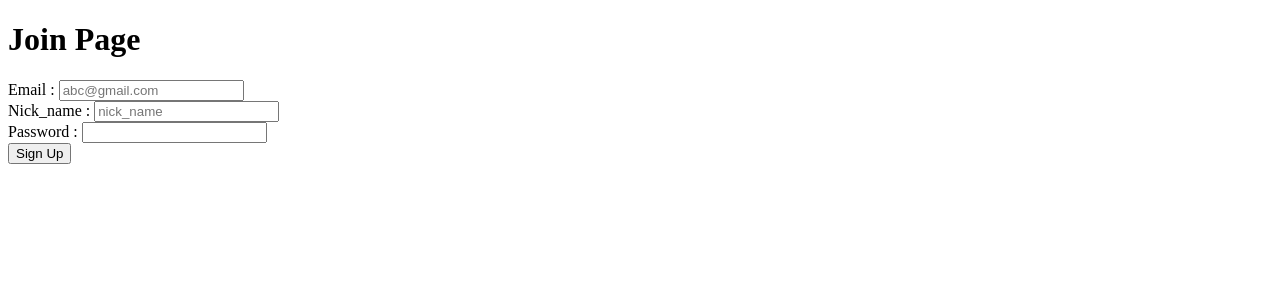
Repository: kurunai/jsp3
Page: http://localhost/jsp_project2/mem/join
These files come from the project's save history. The page is drawn as it stood at one moment and after the next save; the edit follows.
The browser window is 1280 px wide. The pictures show the whole page.
The page is served by Tomcat 9. Other server files are loaded and not shown.

Above is the page before, as saved 2022-08-29 06:40:54.

### _jsp3_workspace/jsp_project2/src/main/webapp/member/join.jsp
<%@ page language="java" contentType="text/html; charset=UTF-8"
    pageEncoding="UTF-8"%>
<%@ taglib uri="http://java.sun.com/jsp/jstl/core" prefix="c"%>
<!DOCTYPE html>
<html>
<head>
<meta charset="UTF-8">
<title>Insert title here</title>
</head>
<body>
	<h1>Join Page</h1>
	<form action="/mem/register" method="post">
		Email : <input type="email" name="email" placeholder="abc@gmail.com"><br>
		Nick_name : <input type="text" name="nick_name" placeholder="nick_name"><br>
		Password : <input type="password" name="pwd"><br>
		<button type="submit">Sign Up</button>
	</form>
</body>
</html>

### _jsp3_workspace/jsp_project2/src/main/java/controller/MemberController.java
package controller;

import java.io.IOException;

import javax.servlet.RequestDispatcher;
import javax.servlet.ServletException;
import javax.servlet.annotation.WebServlet;
import javax.servlet.http.HttpServlet;
import javax.servlet.http.HttpServletRequest;
import javax.servlet.http.HttpServletResponse;
import javax.servlet.http.HttpSession;

import org.slf4j.Logger;
import org.slf4j.LoggerFactory;

import domain.MemberVO;
import service.MemberService;
import service.MemberServiceImpl;


@WebServlet("/mem/*")
public class MemberController extends HttpServlet {
	private static final long serialVersionUID = 1L;
	private static final Logger log = LoggerFactory.getLogger(MemberController.class);
	private RequestDispatcher rdp; // 응답에 대한 요청과 응답을 주고 받는 값.
	private MemberService msv;
	private String destPage; //목적지 페이지
	private int isUp; //완료된 요청에 대한 값.


    public MemberController() {
        msv = new MemberServiceImpl(); //구현 클래스
    }

	protected void service(HttpServletRequest req, HttpServletResponse res) throws ServletException, IOException {
		req.setCharacterEncoding("utf-8");
		res.setCharacterEncoding("utf-8");
		res.setContentType("text/html; charset=utf-8");

		String uri = req.getRequestURI(); // /mem/list 식으로 표현
		String path = uri.substring(uri.lastIndexOf("/")+1);	// /list   +1(다음값) 해주면 / 제외하고
		log.info(">>> URI : " + uri);
		log.info(">>> path : " + path); //check 값이 잘 나오는지 체크

		switch(path) {
		case "login":	// login page open
			destPage = "/member/login.jsp";
			break;

		case "login_auth":	//login작업이 일어나는 위치
			MemberVO mvo = msv.login(new MemberVO(
					req.getParameter("email"),
					req.getParameter("pwd")));
			if(mvo != null) {
				//세션을 가져오기
				//연결된 세션이 없다면 새로 생성
				HttpSession ses = req.getSession();
				//ses로 mvo를 바인딩 한다.
				ses.setAttribute("ses", mvo);
				ses.setMaxInactiveInterval(600);	// 초단위 60*10 = 10분
			}else {
				req.setAttribute("msg_login", 0);	//false란 의미의 0
			}
			destPage = "/"; 	//index페이지
			break;

		case "logout":
			//연결된 세션이 있다면 해당 세션 가져오기
			HttpSession ses = req.getSession();
			ses.invalidate();	//접속 끊기
			//로그인 정보 email 값을 가져와서 로그인 시간 update
			isUp = msv.lastLogin(req.getParameter("email"));
			log.info(">>> logout : " + (isUp > 0 ? "ok" : "fai;"));
			destPage = "/";
			break;

		case "join":	//회원가입 page open
			destPage = "/member/join.jsp";
			break;

		case "register":	//회원가입이 일어나는 위치
			isUp = msv.register(new MemberVO(
					req.getParameter("email"),
					req.getParameter("pwd"),
					req.getParameter("nick_name")));
			log.info(">>> join > " + (isUp > 0 ? "ok" : "fail"));
			destPage = "login";	//index로 가고 싶다면 "/"
			break;

		case "list":	//전체 리스트 검색
			req.setAttribute("list", msv.getList());
			destPage = "/member/list.jsp";
			break;

		case "modify":	//번호를 주고 해당 번호의 값 1개를 검색해서 open 파일에 전달
			req.setAttribute("mvo", msv.getDetail(req.getParameter("email")));
			destPage = "/member/modify.jsp";
			break;

		case "update":	//실제 수정이 일어나는 위치
			isUp = msv.modify(new MemberVO(
					req.getParameter("email"),
					req.getParameter("pwd"),
					req.getParameter("nick_name")));
			log.info(">>> Update > " + (isUp > 0 ? "ok" : "fail"));
			destPage = "list";
			break;

		case "remove":	//실제 삭제가 일어나는 위치
			isUp = msv.remove(req.getParameter("email"));
			log.info(">>> remove > " + (isUp > 0 ? "ok" : "fail"));
			destPage = "list";
			break;

		}

		rdp = req.getRequestDispatcher(destPage);
		rdp.forward(req, res);
	}

	protected void doGet(HttpServletRequest request, HttpServletResponse response) throws ServletException, IOException {
		service(request, response);
	}


	protected void doPost(HttpServletRequest request, HttpServletResponse response) throws ServletException, IOException {
		service(request, response);
	}

}

### _jsp3_workspace/jsp_project2/src/main/java/service/MemberServiceImpl.java
package service;

import java.util.List;

import org.slf4j.Logger;
import org.slf4j.LoggerFactory;

import domain.MemberVO;
import repository.MemberDAO;
import repository.MemberDAOImpl;

public class MemberServiceImpl implements MemberService {
	private static Logger log = LoggerFactory.getLogger(MemberServiceImpl.class);
	private MemberDAO mdao;

	public MemberServiceImpl() {
		mdao = new MemberDAOImpl();
	}

	@Override
	public int register(MemberVO mvo) {
		//DAO에게 요청
		log.info(">>> register > {service}");
		return mdao.insert(mvo);
	}

	@Override
	public MemberVO login(MemberVO mvo) {
		log.info(">>> login > {service}");
		return mdao.selectOne(mvo);
	}

	@Override
	public int lastLogin(String email) {
		log.info(">>> lastLogin > {service}");
		return mdao.updateLogin(email);
	}

	@Override
	public List<MemberVO> getList() {
		log.info(">>> list > {service}");
		return mdao.selectList();
	}

	@Override
	public MemberVO getDetail(String email) {
		log.info(">>> detail > {service}");
		return mdao.selectOne(email);
	}

	@Override
	public int modify(MemberVO mvo) {
		log.info(">>> modify > {service}");
		return mdao.update(mvo);
	}

	@Override
	public int remove(String email) {
		log.info(">>> remove > {service}");
		return mdao.delete(email);
	}

}

### _jsp3_workspace/jsp_project2/src/main/java/repository/MemberDAO.java
package repository;

import java.util.List;

import domain.MemberVO;

public interface MemberDAO {

	int insert(MemberVO mvo);

	MemberVO selectOne(MemberVO mvo);

	int updateLogin(String email);

	List<MemberVO> selectList();

	MemberVO selectOne(String email);

	int update(MemberVO mvo);

	int delete(String email);

}

### _jsp3_workspace/jsp_project2/src/main/java/repository/MemberDAOImpl.java
package repository;

import java.util.List;

import org.apache.ibatis.session.SqlSession;
import org.slf4j.Logger;
import org.slf4j.LoggerFactory;

import domain.MemberVO;
import orm.DatabaseBuilder;

public class MemberDAOImpl implements MemberDAO {
	private static Logger log = LoggerFactory.getLogger(MemberDAOImpl.class);
	//DB연결
	private SqlSession sql;
	private final String NS = "MemberMapper.";

	public MemberDAOImpl() {
		new DatabaseBuilder();
		sql = DatabaseBuilder.getFactory().openSession();
	}

	@Override
	public int insert(MemberVO mvo) {
		log.info(">>> register > {DAO}");
		int isUp = sql.insert(NS+"reg", mvo);
		if(isUp > 0) {
			sql.commit();
		}
		return isUp;
	}

	@Override
	public MemberVO selectOne(MemberVO mvo) {
		log.info(">>> login > {DAO}");
		return sql.selectOne(NS+"login", mvo);
	}

	@Override
	public int updateLogin(String email) {
		log.info(">>> lastLogin > {DAO}");
		int isUp = sql.update(NS+"last", email);
		if(isUp > 0) {
			sql.commit();
		}
		return isUp;
	}

	@Override
	public List<MemberVO> selectList() {
		log.info(">>> list > {DAO}");
		return sql.selectList(NS+"list");
	}

	@Override
	public MemberVO selectOne(String email) {
		log.info(">>> detail > {DAO}");
		return sql.selectOne(NS+"detail", email);
	}

	@Override
	public int update(MemberVO mvo) {
		log.info(">>> modify > {DAO}");
		int isUp = sql.update(NS+"mod", mvo);
		if(isUp > 0) {
			sql.commit();
		}
		return isUp;
	}

	@Override
	public int delete(String email) {
		log.info(">>> remove > {DAO}");
		int isUp = sql.delete(NS+"del", email);
		if(isUp > 0) {
			sql.commit();
		}
		return isUp;
	}

}

### _jsp3_workspace/jsp_project2/src/main/java/orm/DatabaseBuilder.java
package orm;

import java.io.IOException;

import org.apache.ibatis.io.Resources;
import org.apache.ibatis.session.SqlSessionFactory;
import org.apache.ibatis.session.SqlSessionFactoryBuilder;

public class DatabaseBuilder {
	private  static SqlSessionFactory factory;

	static {
		try {
			factory = new SqlSessionFactoryBuilder().build(Resources.
					getResourceAsReader("orm/MybatisConfig.xml"));
		} catch (IOException e) {
			//mybatis 설정 오류시
			e.printStackTrace();
		}


	}

	public static SqlSessionFactory getFactory() {
		return factory;
	}
}

### _jsp3_workspace/jsp_project2/src/main/java/domain/MemberVO.java
package domain;

public class MemberVO {
	private String email;
	private String pwd;
	private String nick_name;
	private String reg_at;
	private String last_login;

	//기본생성자
	public MemberVO() {}

	//login
	public MemberVO(String email, String pwd) {
		this.email = email;
		this.pwd = pwd;
	}
	//join, modify
	public MemberVO(String email, String pwd, String nick_name) {
		this(email, pwd);
		this.nick_name = nick_name;
	}
	//list
	public MemberVO(String email, String pwd, String nick_name, String reg_at, String last_login) {
		this(email, pwd, nick_name);
		this.reg_at = reg_at;
		this.last_login = last_login;
	}
		public String getEmail() {
		return email;
	}

	public void setEmail(String email) {
		this.email = email;
	}

	public String getPwd() {
		return pwd;
	}

	public void setPwd(String pwd) {
		this.pwd = pwd;
	}

	public String getNick_name() {
		return nick_name;
	}

	public void setNick_name(String nick_name) {
		this.nick_name = nick_name;
	}

	public String getReg_at() {
		return reg_at;
	}

	public void setReg_at(String reg_at) {
		this.reg_at = reg_at;
	}

	public String getLast_login() {
		return last_login;
	}

	public void setLast_login(String last_login) {
		this.last_login = last_login;
	}

}

### _jsp3_workspace/jsp_project2/src/main/java/domain/BoardVO.java
package domain;

public class BoardVO {
	private int bno;
	private String title;
	private String writer;
	private String content;
	private String reg_date;

	//기본생성자
	public BoardVO () {}

	//insert (title, writer, content)
	public BoardVO (String title, String writer, String content) {
		this.title = title;
		this.writer = writer;
		this.content = content;
	}

	//list(bno, title, writer, reg_date)
	public BoardVO (int bno, String title, String writer, String reg_date) {
		this.bno = bno;
		this.title = title;
		this.writer = writer;
		this.reg_date = reg_date;

	}

	//detail(all)
	public BoardVO (int bno, String title, String writer, String content, String reg_date) {
		this(bno, title, writer, reg_date);
		this.content = content;
	}

	//update(bno, title, content)
	public BoardVO (int bno, String title, String content) {
		this.bno = bno;
		this.title = title;
		this.content = content;
	}

	public int getBno() {
		return bno;
	}

	public void setBno(int bno) {
		this.bno = bno;
	}

	public String getTitle() {
		return title;
	}

	public void setTitle(String title) {
		this.title = title;
	}

	public String getWriter() {
		return writer;
	}

	public void setWriter(String writer) {
		this.writer = writer;
	}

	public String getContent() {
		return content;
	}

	public void setContent(String content) {
		this.content = content;
	}

	public String getReg_date() {
		return reg_date;
	}

	public void setReg_date(String reg_date) {
		this.reg_date = reg_date;
	}

}

After the next save:
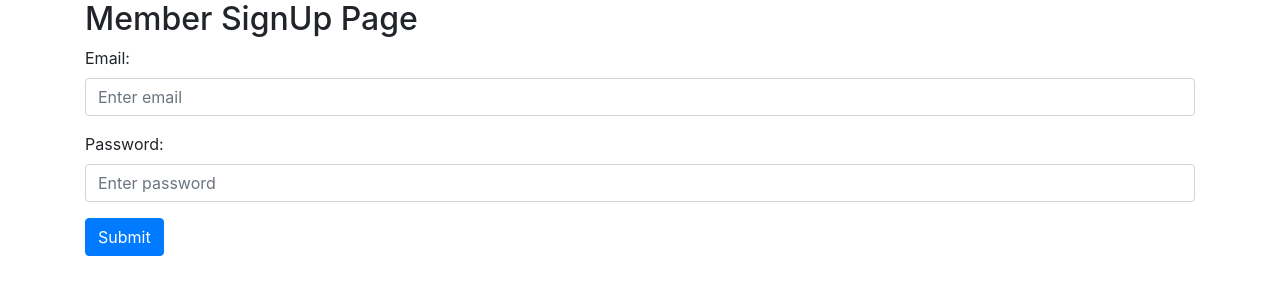
Saved 86 s later.
--- a/_jsp3_workspace/jsp_project2/src/main/webapp/member/join.jsp
+++ b/_jsp3_workspace/jsp_project2/src/main/webapp/member/join.jsp
@@ -2,6 +2,37 @@
     pageEncoding="UTF-8"%>
 <%@ taglib uri="http://java.sun.com/jsp/jstl/core" prefix="c"%>
 <!DOCTYPE html>
+<html lang="en">
+<head>
+  <title>Member Page</title>
+  <meta charset="utf-8">
+  <meta name="viewport" content="width=device-width, initial-scale=1">
+  <link rel="stylesheet" href="https://cdn.jsdelivr.net/npm/bootstrap@4.6.1/dist/css/bootstrap.min.css">
+  <script src="https://cdn.jsdelivr.net/npm/jquery@3.6.0/dist/jquery.slim.min.js"></script>
+  <script src="https://cdn.jsdelivr.net/npm/popper.js@1.16.1/dist/umd/popper.min.js"></script>
+  <script src="https://cdn.jsdelivr.net/npm/bootstrap@4.6.1/dist/js/bootstrap.bundle.min.js"></script>
+</head>
+<body>
+
+<div class="container">
+  <h2>Member SignUp Page</h2>
+  <form action="/mem/login_auth" method="post">
+    <div class="form-group">
+      <label for="email">Email:</label>
+      <input type="email" class="form-control" id="email" placeholder="Enter email" name="email">
+    </div>
+    <div class="form-group">
+      <label for="pwd">Password:</label>
+      <input type="password" class="form-control" id="pwd" placeholder="Enter password" name="pwd">
+    </div>
+    <button type="submit" class="btn btn-primary">Submit</button>
+  </form>
+</div>
+
+</body>
+</html>
+
+<!-- <!DOCTYPE html>
 <html>
 <head>
 <meta charset="UTF-8">
@@ -16,4 +47,4 @@
 		<button type="submit">Sign Up</button>
 	</form>
 </body>
-</html>
+</html> -->
